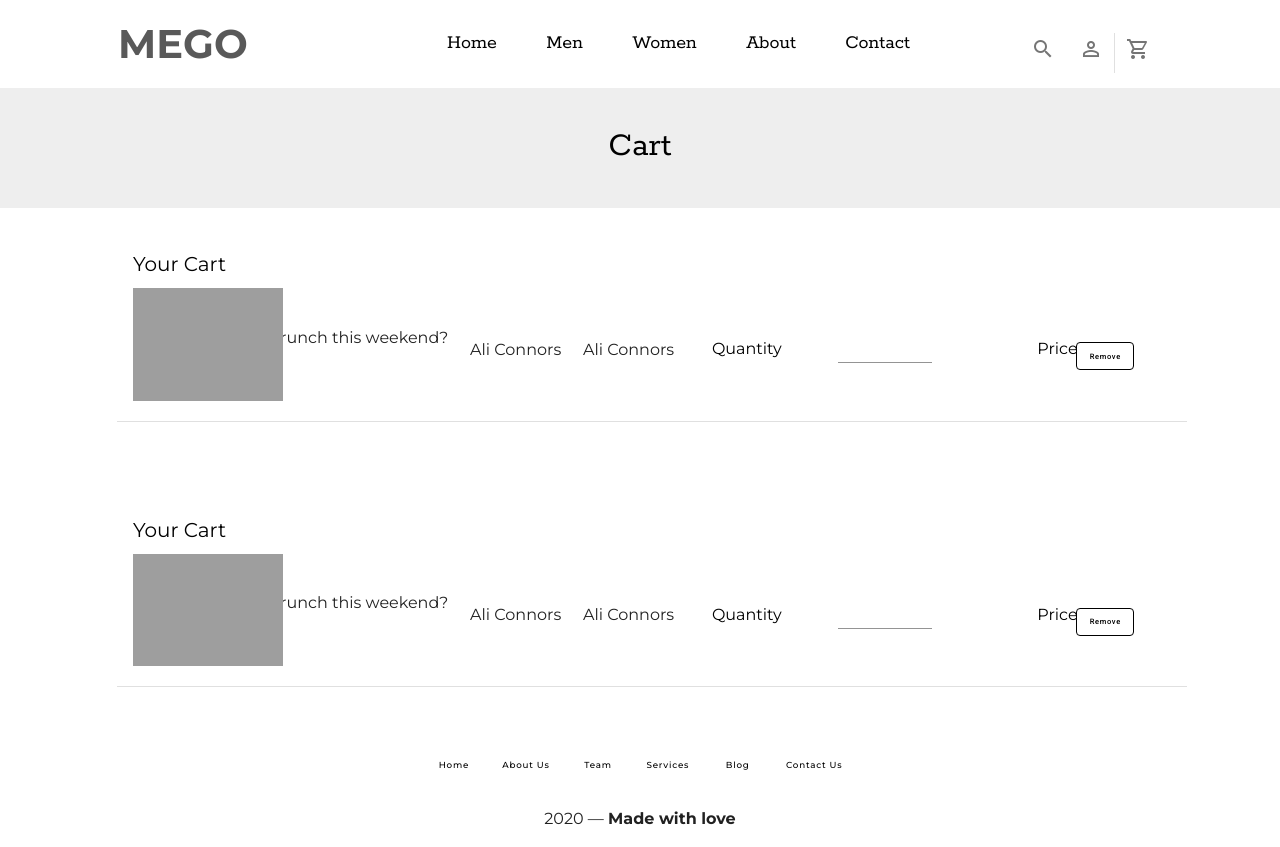
Repository: nguyenphuong152/mego-frontend
Page: /cart (app in frontend/)
These files come from the project's save history. The page is drawn as it stood at one moment and after the next save; the edit follows.
The browser window is 1280 px wide. The pictures show the whole page.
Pictures or frames that could not be fetched are drawn as grey boxes. The project was rebuilt for these pictures with package versions that can differ from the ones it lists, and the page was loaded fresh each time. Also part of the build but not shown: frontend/vue.config.js, frontend/src/components/Customer/Collection.vue, frontend/src/components/Customer/Banner.vue, frontend/src/components/Customer/BestSeller.vue, frontend/src/components/Customer/Partner.vue, frontend/src/views/Customer/Home.vue, frontend/src/components/Customer/ProductCategory.vue, frontend/src/components/Customer/ProductView.vue and 10 more. Imported but missing from the stored project, and not drawn on this page: frontend/src/views/Admin/Category.vue, frontend/src/views/Admin/ManageProduct.vue, frontend/src/views/Admin/ManageUser.vue, frontend/src/views/Admin/OrderList.vue.

Above is the page before, as saved 2020-11-26 17:00:53.

### frontend/public/index.html
<!DOCTYPE html>
<html lang="en">
  <head>
    <meta charset="utf-8">
    <head>
      <title>MEGO</title>
    </head>
    <meta http-equiv="X-UA-Compatible" content="IE=edge">
    <meta name="viewport" content="width=device-width,initial-scale=1.0">
    <link rel="icon" href="<%= BASE_URL %>favicon.ico">
    <title><%= htmlWebpackPlugin.options.title %></title>
    <link href="https://fonts.googleapis.com/css?family=Montserrat:300,400,500,600,700" rel="stylesheet">
    <link href="https://fonts.googleapis.com/css?family=Rokkitt:100,300,400,700" rel="stylesheet">
    <link rel="stylesheet" href="https://fonts.googleapis.com/css?family=Roboto:100,300,400,500,700,900">
    <link rel="stylesheet" href="https://cdn.jsdelivr.net/npm/@mdi/font@latest/css/materialdesignicons.min.css">
  </head>
  <body>
    <noscript>
      <strong>We're sorry but <%= htmlWebpackPlugin.options.title %> doesn't work properly without JavaScript enabled. Please enable it to continue.</strong>
    </noscript>
    <div id="app"></div>
    <!-- built files will be auto injected -->
  </body>
</html>

### frontend/src/main.js
import Vue from 'vue'
import App from './App.vue'
import vuetify from './plugins/vuetify';
import router from './router'
import '../sass/style.scss'
import 'bootstrap/dist/css/bootstrap.css'
import 'bootstrap-vue/dist/bootstrap-vue.css'
import { BootstrapVue, IconsPlugin } from 'bootstrap-vue'

Vue.use(BootstrapVue)
// Optionally install the BootstrapVue icon components plugin
Vue.use(IconsPlugin)
Vue.config.productionTip = false

new Vue({
  vuetify,
  router,
  render: h => h(App)
}).$mount('#app')

### frontend/src/App.vue
<template>
  <v-app app>
    <v-container v-if="!['Admin', 'Banner', 'Category','Product','ManageUser','OrderList','Dashboard'].includes($route.name)">
      <Toolbar />
    </v-container>
    <v-main>
      <router-view></router-view>
    </v-main>
      <Footer v-if="!['Admin', 'Banner', 'Category','Product','ManageUser','OrderList','Dashboard'].includes($route.name)"/>
  </v-app>

</template>

<script>

import Footer from "./components/Customer/Footer";
import Toolbar from "./components/Customer/Toolbar";

export default {
  name: "App",

  components: {
    Toolbar,
    Footer
  },

  data: () => ({
    //
  }),
};
</script>

### frontend/src/plugins/vuetify.js
import Vue from 'vue';
import Vuetify from 'vuetify/lib';


Vue.use(Vuetify);

const vuetify = new Vuetify({
    theme: {
      themes: {
        light: {
          primary: '#000',
          secondary: '#b0bec5',
          accent: '#8c9eff',
          error: '#b71c1c',
        },
      },
    },
  })

export default new Vuetify({
    vuetify,
});

### frontend/src/router/index.js
import Vue from "vue";
import VueRouter from "vue-router";
import Home from "../views/Customer/Home.vue";
import Men from "../views/Customer/Men.vue";
import Women from "../views/Customer/Women.vue";
import Admin from "../views/Admin/Admin.vue";
import Product from "../views/Admin/ManageProduct.vue";
import Banner from "../views/Admin/Banner.vue";
import Category from "../views/Admin/Category.vue";
import ManageUser from "../views/Admin/ManageUser.vue";
import OrderList from "../views/Admin/OrderList.vue";
import Dashboard from "../views/Admin/Dashboard.vue"
//import ProductDetail from "../views/ProductDetail.vue"

Vue.use(VueRouter);

const routes = [
  {
    path: "/",
    name: "Home",
    component: Home,
  },
  {
    path: "/men",
    name: "Men",
    component: Men,
  },
  {
    path: "/women",
    name: "Women",
    component: Women,
  },
  {
    path: "/about",
    name: "About",
    // route level code-splitting
    // this generates a separate chunk (about.[hash].js) for this route
    // which is lazy-loaded when the route is visited.
    component: () =>
      import(/* webpackChunkName: "about" */ "../views/Customer/About.vue"),
  },
  {
    path: "/contact",
    name: "Contact",
    component: () =>
      import(/* webpackChunkName: "about" */ "../views/Customer/Contact.vue"),
  },
  {
    path: "/cart",
    name: "Cart",
    component: () =>
      import(/* webpackChunkName: "about" */ "../views/Customer/Cart.vue"),
  },
  {
    path: "/account",
    name: "Account",
    component: () =>
      import(/* webpackChunkName: "about" */ "../views/Customer/Account.vue"),
  },
  {
    path: "/userlogin",
    name: "UserLogin",
    component: () =>
      import(/* webpackChunkName: "about" */ "../views/Customer/UserLogin.vue"),
  },
  {
    path: "/checkout",
    name: "Checkout",
    component: () =>
      import(/* webpackChunkName: "about" */ "../views/Customer/Checkout.vue"),
  },
  {
    path: "/product/:id",
    name: "ProductDetail",
    component: () =>
      import(/* webpackChunkName: "about" */ "../views/Customer/ProductDetail.vue"),
  },
  {
    path: "/admin",
    name: "Admin",
    component: Admin,
    children: [
      {
        path: "/banner",
        name: "Banner",
        component: Banner,
      },
      {
        path: "/category",
        name: "Category",
        component: Category,
      },
      {
        path: "/product",
        name: "Product",
        component: Product,
      },
      {
        path: "/manageuser",
        name: "ManageUser",
        component: ManageUser,
      },
      {
        path: "/orderlist",
        name: "OrderList",
        component: OrderList,
      },
      {
        path: "/dashboard",
        name: "Dashboard",
        component: Dashboard,
      },
    ],
  },
];

const router = new VueRouter({
  mode: "history",
  base: process.env.BASE_URL,
  routes,
});

export default router;

### frontend/sass/style.scss

$font-primary: 'Montserrat',
Arial,
sans-serif;
$font-secondary: 'Rokkitt',
Georgia,
serif;


@import '~vuetify/src/styles/styles.sass';

// Overrides
$grid-gutter-width: 20px !default;
$border-radius-base: 4px !default;
$padding-base-vertical: 14px !default;

$brand-primary: #616161 !default;
$brand-secondary: #88c8bc !default;
$brand-yellow: #FFDD00 !default;
$brand-footer-color: #2C2E3E;

$brand-white: #fff;
$brand-black: #000;
$brand-darker: #444;
$brand-gray: #ccc;
$brand-lighter: #e9e9e9;
$brand-body-color: #e8e8e8;
$brand-selection-color: #f9f6f0;
$brand-overlay-color: #4c4a8a;
$brand-bg-color: $brand-white;

.v-btn {
  text-transform:none !important;
}
// .v-text-field{
//   width: 50px;
//   height: 10px;
// }

#app {
  -webkit-font-smoothing: antialiased;
  -moz-osx-font-smoothing: grayscale;

  text-align: center;
  .container {
    max-width: 1100px;
  }
  font: 300
}

.nav {
  padding-left: 0px;
  a {
    font-size: 20px;
    color: lighten($brand-black,35%);
    font-family: $font-secondary;
    text-decoration: none;
    font-weight: 500;
    &.router-link-exact-active {
      color: #42b983;
    }

  }
}

#logo {
  font-size: 40px;
  font-weight: 700;
  font-family: $font-primary;
  color: lighten($brand-black, 35%);
}


.slogan {
  font-size: 50px;
  color: #2c3e50;
  font-family: $font-secondary;
  text-decoration: none;
}

.title-collection{
  @extend .slogan;
  font-size: 25px;
}


.slogan-3 {
  @extend .slogan;
  font-size: 35px;
}

.title-shoes {
  @extend .slogan;
  font-size: 20px;
}


.footer-text {
  font-family:$font-primary;
  font-size: 16px;
}

.admin {
  font-family: $font-primary;
  font-size:16px;
}

.admin-nav {
  font-family: $font-primary !important;
  font-size: 20px !important;
  color: white !important;
}

### frontend/src/components/Customer/Footer.vue
<template>
  <v-footer class="white" padless>
    <v-row justify="center" no-gutters>
      <v-btn
        v-for="link in links"
        :key="link"
        color="black"
        text
        rounded
        class="my-2 footer-text"
      >
        {{ link }}
      </v-btn>
      <v-col class="white py-4 text-center fluid footer-text" cols="12">
        {{ new Date().getFullYear() }} — <strong>Made with love</strong>
      </v-col>
    </v-row>
  </v-footer>
</template>

<script>
export default {
  data: () => ({
    links: ["Home", "About Us", "Team", "Services", "Blog", "Contact Us"],
  }),
};
</script>

<style></style>

### frontend/src/components/Customer/Toolbar.vue
<template>
  <v-toolbar flat>
    <v-row class="d-flex align-baseline">
      <v-col cols="3" class="d-flex justify-lg-start">
        <v-toolbar-title id="logo">MEGO</v-toolbar-title>
      </v-col>
      <v-col class="d-flex justify-space-around text-start nav">
        <router-link to="/">Home</router-link>
        <router-link to="/men">Men</router-link>
        <router-link to="/women">Women</router-link>
        <router-link to="/about">About</router-link>
        <router-link to="/contact">Contact</router-link>
      </v-col>
      <v-col cols="2" class="d-flex justify-end">
        <v-btn icon>
          <v-icon>mdi-magnify</v-icon>
        </v-btn>
        <v-menu
          open-on-hover
          top
          offset-y
          :position-x="960"
          :position-y="230"
          absolute
        >
          <template v-slot:activator="{ on, attrs }">
            <v-btn icon v-bind="attrs" v-on="on">
              <v-icon>mdi-account-outline</v-icon>
            </v-btn>
          </template>

          <v-list class="text-start nav">
            <v-list-item v-for="(item, index) in routes" :key="index" :to="item.path">
              <v-list-item-title>{{ item.name }}</v-list-item-title>
            </v-list-item>
          </v-list>
        </v-menu>
        <v-divider vertical inset></v-divider>
        <v-btn icon @click="goToCart">
          <v-icon>mdi-cart-outline</v-icon>
        </v-btn>
      </v-col>
    </v-row>
  </v-toolbar>
</template>

<script>
export default {
  data: () => ({
    routes: [
      {
        path:"/checkout",
        name:"Check Out"
       },
       {
        path:"/account",
        name:"My Account"
       },
       {
        path:"/userlogin",
        name:"User Login"
       },

    ],
  }),
  methods: {
     goToCart: function() {
     this.$router.push({name: 'Cart'})
     }
  }
};
</script>

<style></style>

### frontend/src/views/Customer/Cart.vue
<template>
  <div class="cart app">
   <v-sheet color="grey lighten-3" height="120">
      <v-container py-8>
        <a class="slogan-3">Cart</a>
      </v-container>
    </v-sheet>
     <div>
       <v-container>
 <v-row>
         <v-col cols="8">
<totalProducts/>
         </v-col>
   <v-col>
<totalProducts/>
         </v-col>
       </v-row>
       </v-container>

  </div>
  </div>
</template>

<script>

import totalProducts from '../../components/Customer/TotalProducts'


export default {
  components: {totalProducts},
   data () {

   }
}
</script>

### frontend/src/components/Customer/TotalProducts.vue
<template>
  <v-container class="app">
    <v-list three-line>
      <template v-for="(item, index) in items">
        <v-subheader
          class="admin-nav black--text"
          v-if="item.header"
          :key="item.header"
          v-text="item.header"
        ></v-subheader>

        <v-divider v-else-if="item.divider" :key="index"></v-divider>

        <v-list-item v-else :key="item.title">
          <v-img :src="item.avatar" max-height="150" max-width="150"></v-img>
          <v-list-item-content class="text-start">
           <v-row>
              <v-list-item-title
              v-html="item.title"
              class="admin"
            ></v-list-item-title>
           </v-row>
           <v-row>
              <v-list-item-subtitle
              class="admin"
              v-html="item.subtitle"
            ></v-list-item-subtitle>
           </v-row>
           <v-row>
              <v-list-item-subtitle
              class="admin"
              v-html="item.subtitle"
            ></v-list-item-subtitle>
           </v-row>
            <v-row class="pl-4 d-flex align-center">
              <v-col class="pa-0 admin " cols="4">
                <a>Quantity</a>
              </v-col>
              <v-col class="pa-0 admin" cols="3">
                <v-text-field single-line></v-text-field>
              </v-col>
              <v-col class="text-end admin">
                <a> Price</a>
              </v-col>

            </v-row>
            <v-row class="pl-4 d-flex align-center">
                 <v-btn small  outlined color="black">
              Remove
            </v-btn>
              </v-row>

          </v-list-item-content>
        </v-list-item>
      </template>
    </v-list>
  </v-container>
</template>

<script>
export default {
  data: () => ({
    items: [
      { header: "Your Cart" },
      {
        avatar: "https://cdn.vuetifyjs.com/images/lists/1.jpg",
        title: "Brunch this weekend?",
        subtitle: `<span class="text--primary">Ali Connors</span>`,
      },
      { divider: true, inset: true },
    ],
    size: ["Foo", "Bar", "Fizz", "Buzz"],
  }),
};
</script>

<style></style>

After the next save:
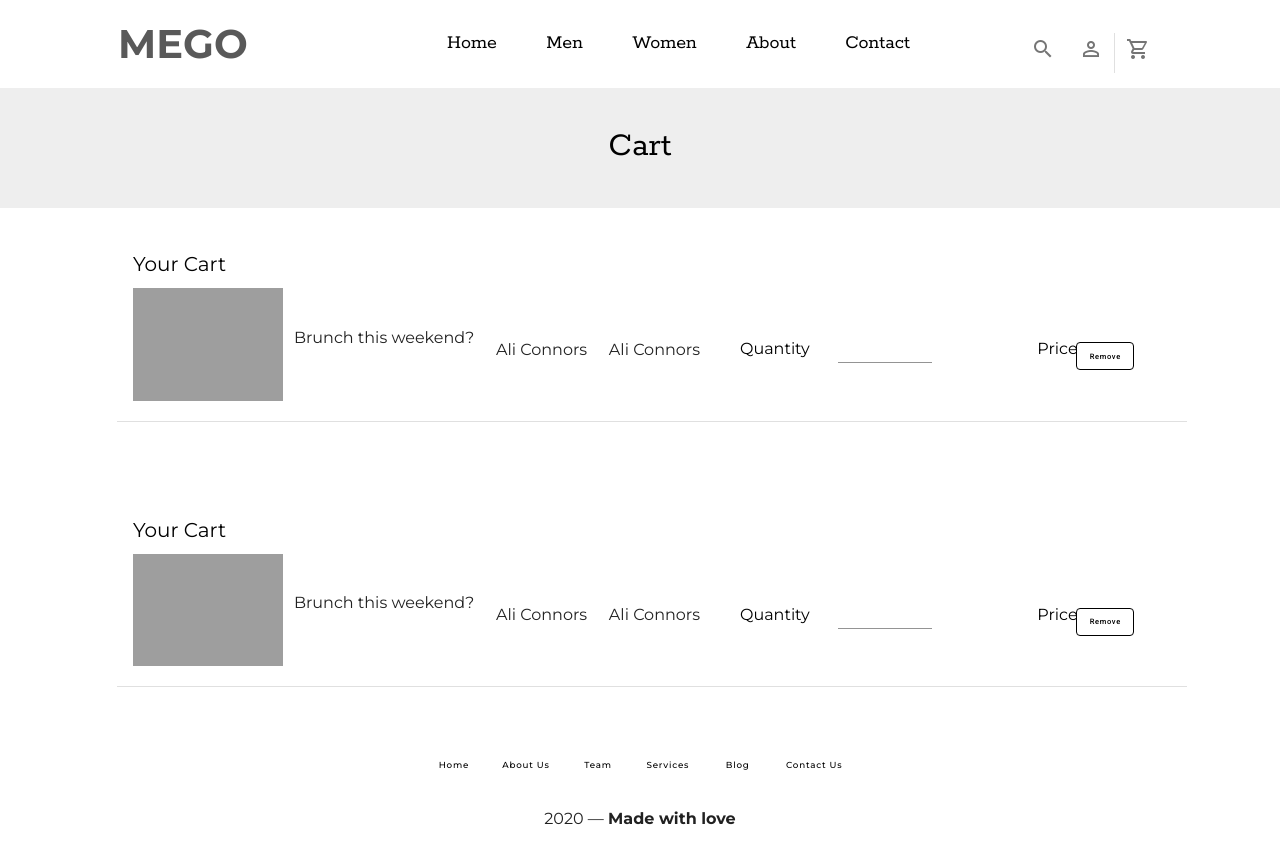
Saved 47 s later.
--- a/frontend/src/components/Customer/TotalProducts.vue
+++ b/frontend/src/components/Customer/TotalProducts.vue
@@ -13,7 +13,7 @@
 
         <v-list-item v-else :key="item.title">
           <v-img :src="item.avatar" max-height="150" max-width="150"></v-img>
-          <v-list-item-content class="text-start">
+          <v-list-item-content >
            <v-row>
               <v-list-item-title
               v-html="item.title"
